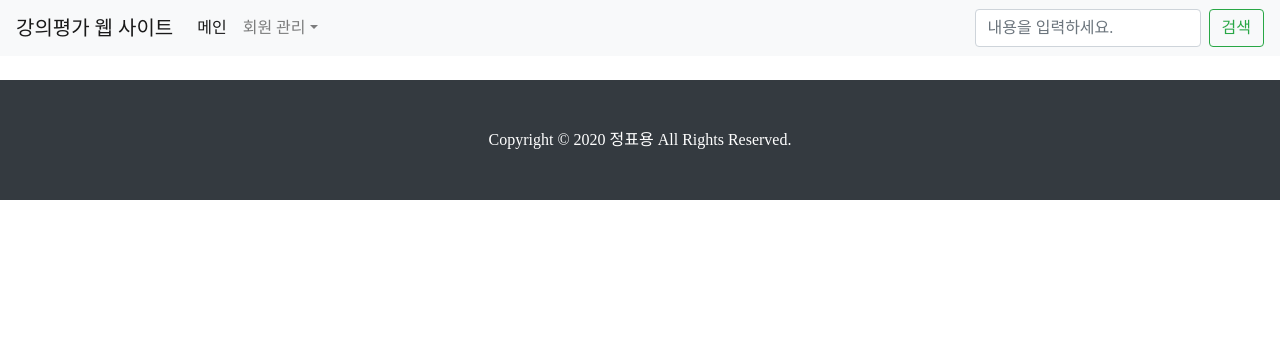
Repository: sur2/JSP-Lecture-Evaluation
Page: http://localhost/Lecture_Evaluation/userJoin.jsp
These files come from the project's save history. The page is drawn as it stood at one moment and after the next save; the edit follows.
The browser window is 1280 px wide. The pictures show the whole page.
Some web fonts or font styles are not loaded; a fallback is used. The page is served by Tomcat 9.

Above is the page before, as saved 2020-01-08 05:52:09.

After the next save:
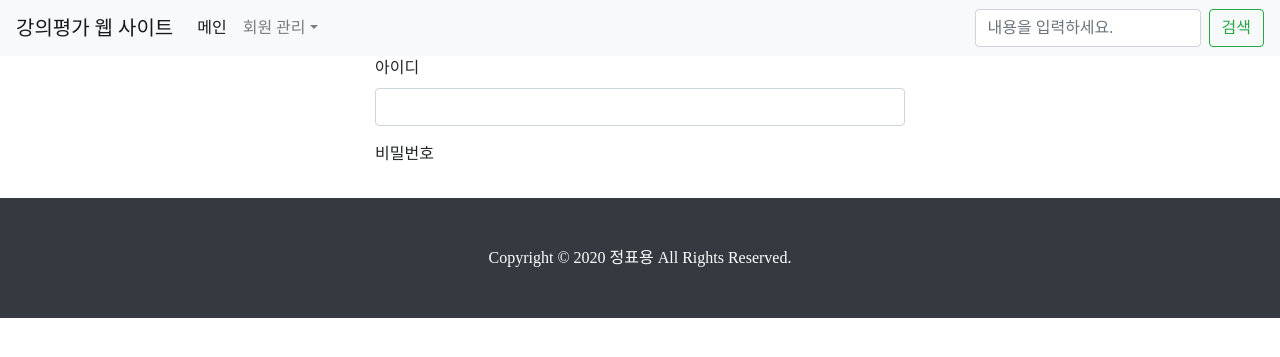
Saved 4 min 3 s later.
--- a/Lecture Evaluation/WebContent/userJoin.jsp
+++ b/Lecture Evaluation/WebContent/userJoin.jsp
@@ -41,7 +41,12 @@
 
 	<section class="container" style="max-width: 560px;">
 		<form method="post" action="./userLoginAction.jsp">
-			<div class="">
+			<div class="form-group">
+				<label>아이디</label>
+				<input type="text" name="userID" class="form-control">
+			</div>
+			<div class="form-group">
+				<label>비밀번호</label>
 			</div>
 		</form>
 	</section>
